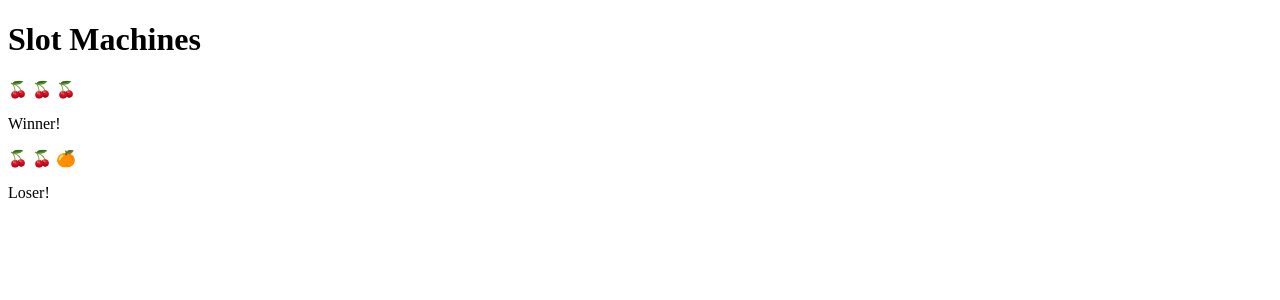
Repository: Zichi90123/ReactTraining
Page: 04_Create_React_App/fruit-exercise/ReactTraining/03_Props/Styling_React/index.html
The author's editor kept a copy of each file at every save. The page is drawn from the files as they stood at one save, then again after the next save.
The browser window is 1280 px wide. The pictures show the whole page.

Above is the page before, as saved 2019-12-13 16:28:26.

### 04_Create_React_App/fruit-exercise/ReactTraining/03_Props/Styling_React/app.css
.Machine {
    border: 2px solid black;
    background: lightblue;
}

### 04_Create_React_App/fruit-exercise/ReactTraining/03_Props/Styling_React/Machine.js
class Machine extends React.Component {
    render() {
      const { s1, s2, s3 } = this.props;
      const winner = (s1 === s2) && (s2 === s3);

      return (
        <div>
          <p>{s1} {s2} {s3}</p>
          <p>{winner ? 'Winner!' : 'Loser!'}</p>
        </div>
      )
    }
  }

### 04_Create_React_App/fruit-exercise/ReactTraining/03_Props/Styling_React/index.js

class App extends React.Component {
  render() {
    return (
      <div>
        <h1>Slot Machines</h1>
        <Machine
          s1="🍒"
          s2="🍒"
          s3="🍒"
        />
        <Machine
          s1="🍒"
          s2="🍒"
          s3="🍊"
        />
      </div>
    )
  }
}

ReactDOM.render(<App/>, document.getElementById('root'))

Loaded but not shown: 04_Create_React_App/fruit-exercise/ReactTraining/03_Props/Styling_React/index.html (common file)

After the next save:
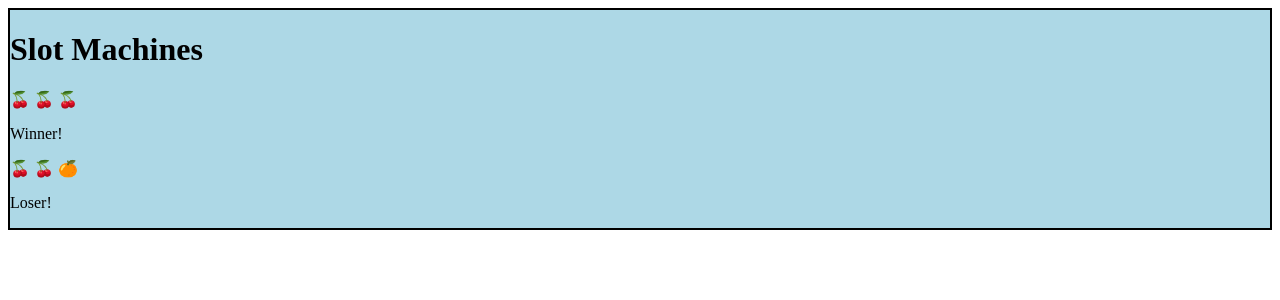
Saved 60 s later.
--- a/04_Create_React_App/fruit-exercise/ReactTraining/03_Props/Styling_React/index.js
+++ b/04_Create_React_App/fruit-exercise/ReactTraining/03_Props/Styling_React/index.js
@@ -2,7 +2,7 @@
 class App extends React.Component {
   render() {
     return (
-      <div>
+      <div className="Machine">
         <h1>Slot Machines</h1>
         <Machine
           s1="🍒"

After the save that followed:
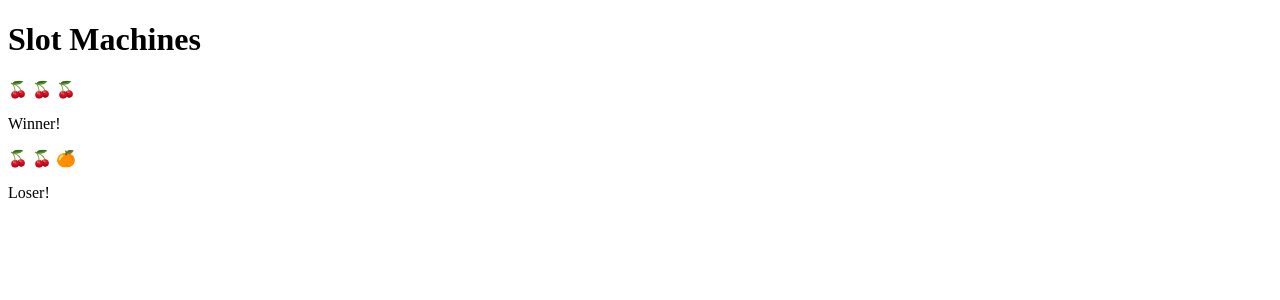
Saved 5 min 24 s later.
--- a/04_Create_React_App/fruit-exercise/ReactTraining/03_Props/Styling_React/index.js
+++ b/04_Create_React_App/fruit-exercise/ReactTraining/03_Props/Styling_React/index.js
@@ -2,14 +2,14 @@
 class App extends React.Component {
   render() {
     return (
-      <div className="Machine">
+      <div >
         <h1>Slot Machines</h1>
-        <Machine
+        <Machine className="Machine"
           s1="🍒"
           s2="🍒"
           s3="🍒"
         />
-        <Machine
+        <Machine className="Machine"
           s1="🍒"
           s2="🍒"
           s3="🍊"
